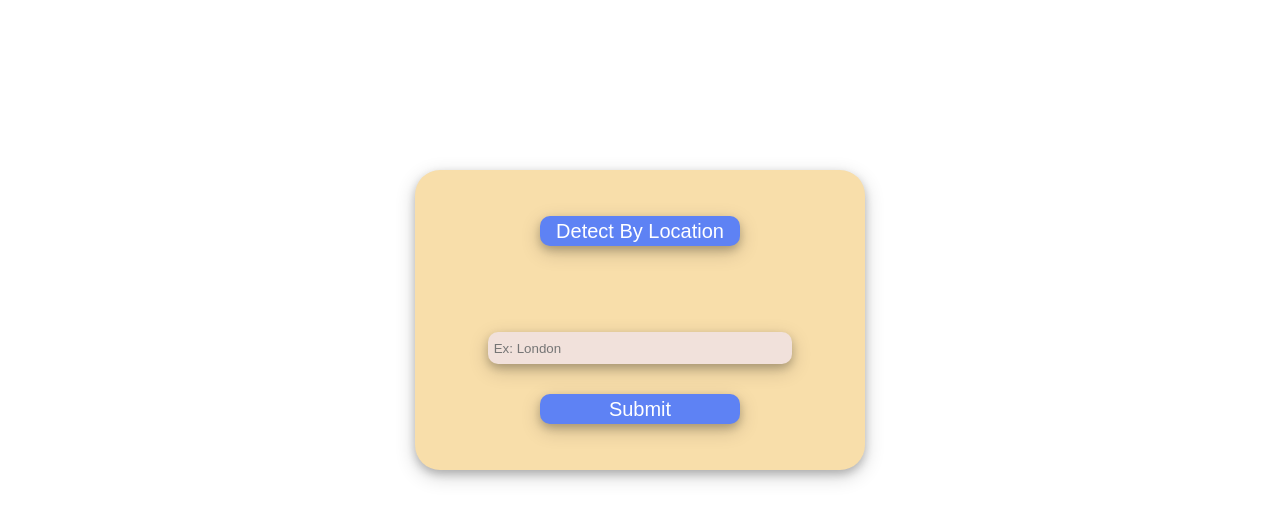
Repository: ahmedazawi/weather-app
Page: /
An editor plug-in stored every save of this project. The page is shown before and after the next save, followed by the edit.
The browser window is 1280 px wide. The pictures show the whole page.
The project was rebuilt for these pictures with package versions that can differ from the ones it lists, and the page was loaded fresh each time. Also part of the build but not shown: src/layout/Header.js, src/assets/css/details.css, src/assets/data/ContextApi.js, src/assets/css/SevenDaysCards.css, src/components/card.js, src/components/SevenDaysCards.js, src/assets/data/Api.js, src/components/Map.js and 2 more.

Above is the page before, as saved 2022-11-30 22:59:55.

### src/App.js
import React, { useState, useEffect } from "react";
import "./App.css";
import Header from "./layout/Header";
import Details from "./components/Details";

import Store from "./assets/data/Store";
function App() {
  const [lat, setLat] = useState();
  const [long, setLong] = useState();
  const [located, setLocated] = useState(false);
  const [cityName, setCityName] = useState("");
  const [subCity, setSubCity] = useState();

  const inputHandler = (event) => {
    setCityName(event.target.value);
  };
  const clickHandler = () => {
    setSubCity(cityName);
  };
  const geolocationAPI = navigator.geolocation;
  const getUserCoordinates = () => {
    if (!geolocationAPI) {
      console.log("Geolocation API is not available in your browser!");
    } else {
      geolocationAPI.getCurrentPosition(
        (position) => {
          const { coords } = position;
          setLat(coords.latitude);
          setLong(coords.longitude);
          setLocated(true);
        },

        (error) => {
          console.log("Something went wrong getting your position!");
        }
      );
    }
  };

  if (!subCity && !located) {
    return (
      <div className="app-body">
        <div className="App">
          <button className="btn" onClick={getUserCoordinates}>
            Detect By Location
          </button>
          <div>
            <input
              type="text"
              className="form-control"
              name="cityName"
              onChange={inputHandler}
              value={cityName}
              placeholder=" Ex: London"
            />
            <button onClick={clickHandler} className="btn">
              Submit
            </button>
          </div>
        </div>
      </div>
    );
  }
  console.log(located);
  return (
    <div>
      <Header />
      <Store located={located} lat={lat} long={long} city={subCity}>
        <Details />
      </Store>
    </div>
  );
}

export default App;

### src/App.css
body {
  --primaryColor: #5e82f4;
  --secondaryColor: #ffffff;
  --borderRadius: 25px;
}

.nav {
  display: flex;
  align-items: center;
  height: 55px;
  background-color: var(--primaryColor);
}
.app-body {
  height: 100%;
  width: 100%;
  margin-top: 170px;
  display: flex;
  align-items: center;
  justify-content: center;
}
.App {
  display: flex;
  flex-direction: column;
  align-items: center;
  justify-content: space-evenly;
  height: 300px;
  width: 450px;
  background-color: #f8deaa;
  gap: 40px;
  border-radius: var(--borderRadius);

  -moz-box-shadow: 0 4px 8px 0 rgba(0, 0, 0, 0.2),
    0 6px 20px 0 rgba(0, 0, 0, 0.19);
  -o-box-shadow: 0 4px 8px 0 rgba(0, 0, 0, 0.2),
    0 6px 20px 0 rgba(0, 0, 0, 0.19);
  -webkit-box-shadow: 0 4px 8px 0 rgba(0, 0, 0, 0.2),
    0 6px 20px 0 rgba(0, 0, 0, 0.19);
  box-shadow: 0 4px 8px 0 rgba(0, 0, 0, 0.2), 0 6px 20px 0 rgba(0, 0, 0, 0.19);
  -moz-transition: all 0.4s ease-in-out;
  -o-transition: all 0.4s ease-in-out;
  -webkit-transition: all 0.4s ease-in-out;
  transition: all 0.4s ease-in-out;
}
.App:hover {
  -moz-box-shadow: 0 14px 18px 0 rgba(0, 0, 0, 0.2),
    0 16px 30px 0 rgba(0, 0, 0, 0.19);
  -o-box-shadow: 0 14px 18px 0 rgba(0, 0, 0, 0.2),
    0 16px 30px 0 rgba(0, 0, 0, 0.19);
  -webkit-box-shadow: 0 14px 18px 0 rgba(0, 0, 0, 0.2),
    0 16px 30px 0 rgba(0, 0, 0, 0.19);
  box-shadow: 0 14px 18px 0 rgba(0, 0, 0, 0.2),
    0 16px 30px 0 rgba(0, 0, 0, 0.19);
}
.App > div {
  display: flex;
  flex-direction: column;
  align-items: center;
  gap: 30px;
}
.App .btn {
  border: none;
  border-radius: 10px;
  color: var(--secondaryColor);
  background-color: var(--primaryColor);
  height: 30px;
  width: 200px;
  font-size: 20px;
  font-weight: 500;

  -moz-box-shadow: 0 4px 8px 0 rgba(0, 0, 0, 0.2),
    0 6px 20px 0 rgba(0, 0, 0, 0.19);
  -o-box-shadow: 0 4px 8px 0 rgba(0, 0, 0, 0.2),
    0 6px 20px 0 rgba(0, 0, 0, 0.19);
  -webkit-box-shadow: 0 4px 8px 0 rgba(0, 0, 0, 0.2),
    0 6px 20px 0 rgba(0, 0, 0, 0.19);
  box-shadow: 0 4px 8px 0 rgba(0, 0, 0, 0.2), 0 6px 20px 0 rgba(0, 0, 0, 0.19);
  -moz-transition: all 0.4s ease-in-out;
  -o-transition: all 0.4s ease-in-out;
  -webkit-transition: all 0.4s ease-in-out;
  transition: all 0.4s ease-in-out;
}
.App .btn:hover {
  -moz-box-shadow: 0 14px 18px 0 rgba(0, 0, 0, 0.2),
    0 16px 30px 0 rgba(0, 0, 0, 0.19);
  -o-box-shadow: 0 14px 18px 0 rgba(0, 0, 0, 0.2),
    0 16px 30px 0 rgba(0, 0, 0, 0.19);
  -webkit-box-shadow: 0 14px 18px 0 rgba(0, 0, 0, 0.2),
    0 16px 30px 0 rgba(0, 0, 0, 0.19);
  box-shadow: 0 14px 18px 0 rgba(0, 0, 0, 0.2),
    0 16px 30px 0 rgba(0, 0, 0, 0.19);
  cursor: pointer;
}
.App .form-control {
  background-color: #f1e1db;
  border: none;
  border-radius: 10px;
  height: 30px;
  width: 300px;

  -moz-box-shadow: 0 4px 8px 0 rgba(0, 0, 0, 0.2),
    0 6px 20px 0 rgba(0, 0, 0, 0.19);
  -o-box-shadow: 0 4px 8px 0 rgba(0, 0, 0, 0.2),
    0 6px 20px 0 rgba(0, 0, 0, 0.19);
  -webkit-box-shadow: 0 4px 8px 0 rgba(0, 0, 0, 0.2),
    0 6px 20px 0 rgba(0, 0, 0, 0.19);
  box-shadow: 0 4px 8px 0 rgba(0, 0, 0, 0.2), 0 6px 20px 0 rgba(0, 0, 0, 0.19);
  -moz-transition: all 0.4s ease-in-out;
  -o-transition: all 0.4s ease-in-out;
  -webkit-transition: all 0.4s ease-in-out;
  transition: all 0.4s ease-in-out;
}
.App .form-control:hover {
  -moz-box-shadow: 0 14px 18px 0 rgba(0, 0, 0, 0.2),
    0 16px 30px 0 rgba(0, 0, 0, 0.19);
  -o-box-shadow: 0 14px 18px 0 rgba(0, 0, 0, 0.2),
    0 16px 30px 0 rgba(0, 0, 0, 0.19);
  -webkit-box-shadow: 0 14px 18px 0 rgba(0, 0, 0, 0.2),
    0 16px 30px 0 rgba(0, 0, 0, 0.19);
  box-shadow: 0 14px 18px 0 rgba(0, 0, 0, 0.2),
    0 16px 30px 0 rgba(0, 0, 0, 0.19);
  cursor: pointer;
}

@media (max-width: 410px) {
  .App {
    width: 330px;
  }
  .App .form-control {
    width: 270px;
  }
}

Loaded but not shown: public/index.html (common file); src/index.js (common file); src/index.css (common file)

After the next save:
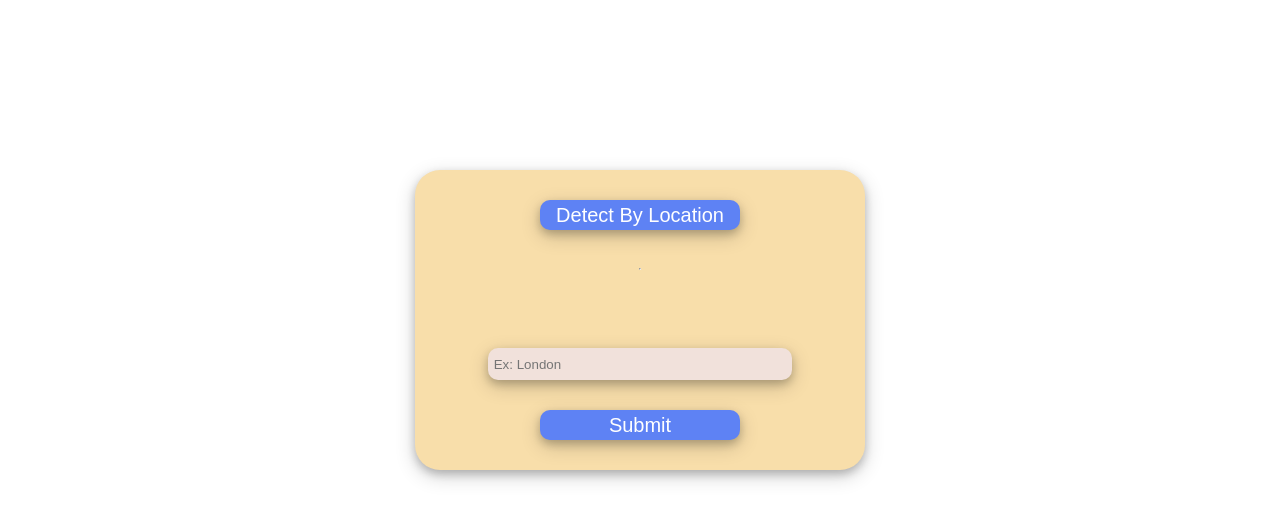
Saved 37 s later.
--- a/src/App.js
+++ b/src/App.js
@@ -41,9 +41,12 @@ function App() {
     return (
       <div className="app-body">
         <div className="App">
-          <button className="btn" onClick={getUserCoordinates}>
-            Detect By Location
-          </button>
+          <div>
+            <button className="btn" onClick={getUserCoordinates}>
+              Detect By Location
+            </button>
+            <hr />
+          </div>
           <div>
             <input
               type="text"
